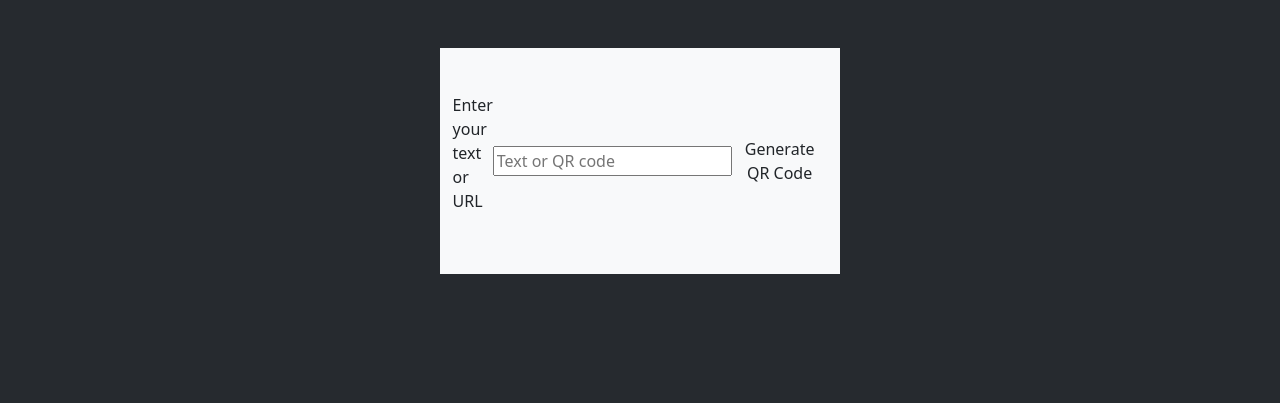
Repository: zeinawady/Qr-Code-Generator-App
Page: index.html
These files come from the project's save history. The page is drawn as it stood at one moment and after the next save; the edit follows.
The browser window is 1280 px wide. The pictures show the whole page.

Above is the page before, as saved 2024-10-30 00:27:33.

After the next save:
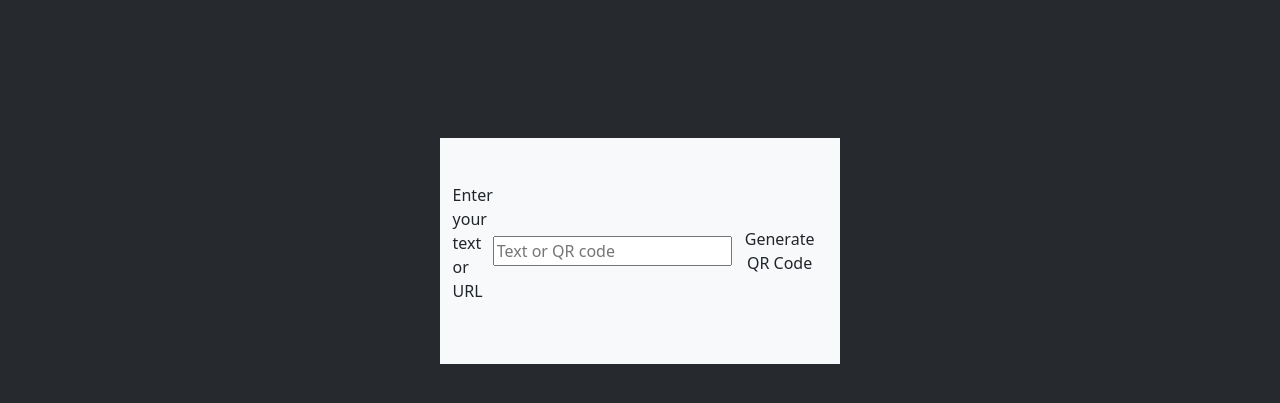
Saved 5 s later.
--- a/index.html
+++ b/index.html
@@ -9,7 +9,7 @@
     <link rel="stylesheet" href="css/style.css">
 </head>
 <body>
-
+    <div class="container"></div>
    <div class="container d-flex justify-content-center align-items-center bg-light mt-5">
 <p>Enter your text or URL</p>
 <input type="text" placeholder="Text or QR code">
